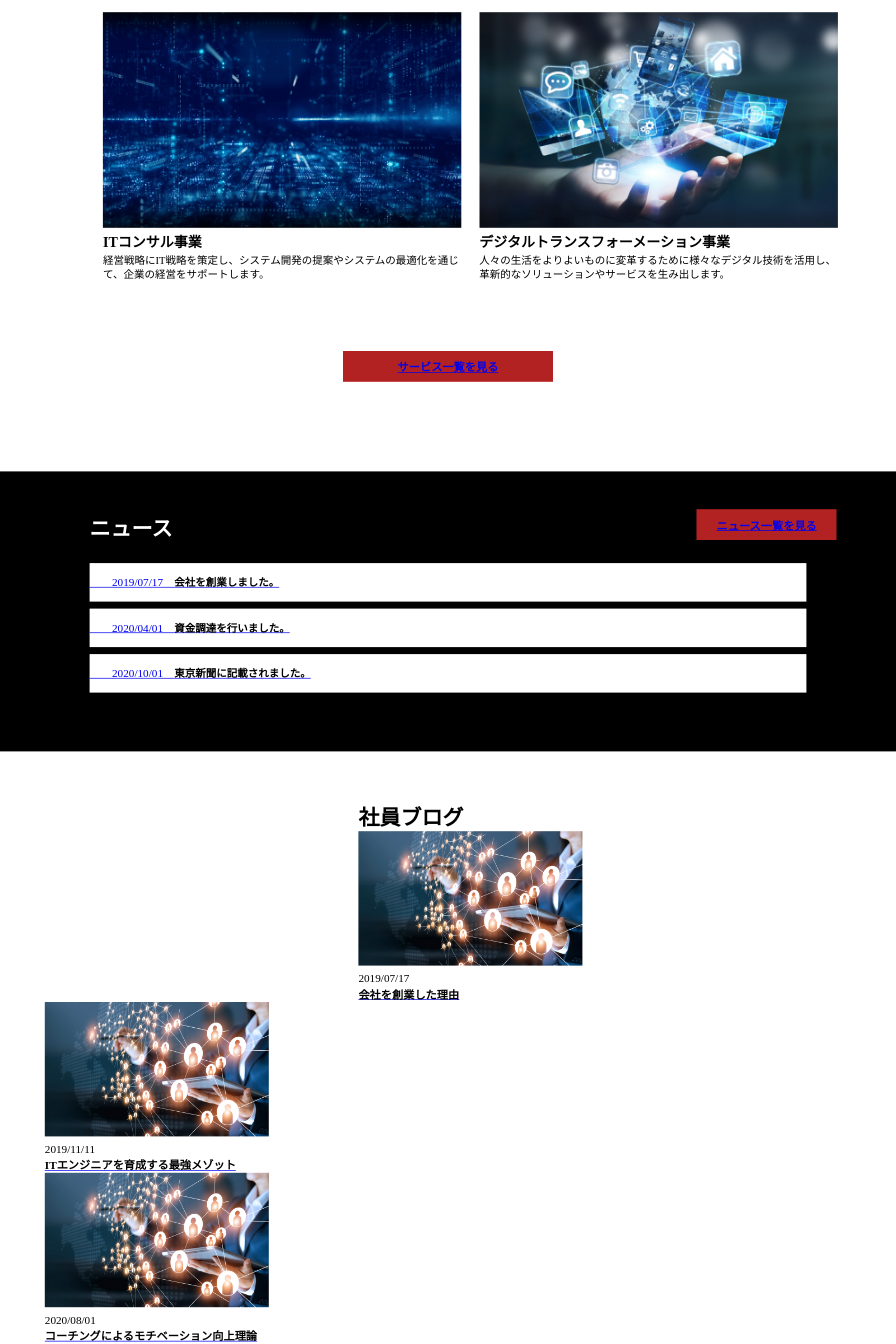
Repository: sigemasaasuka/20211012sigemasa
Page: index.html
These files come from the project's save history. The page is drawn as it stood at one moment and after the next save; the edit follows.
The browser window is 1280 px wide. The pictures show the part of the page from y = 1338 to 3258 px (the page is 3258 px tall), at 70% of full size.

Above is the page before, as saved 2021-10-19 17:56:36.

After the next save:
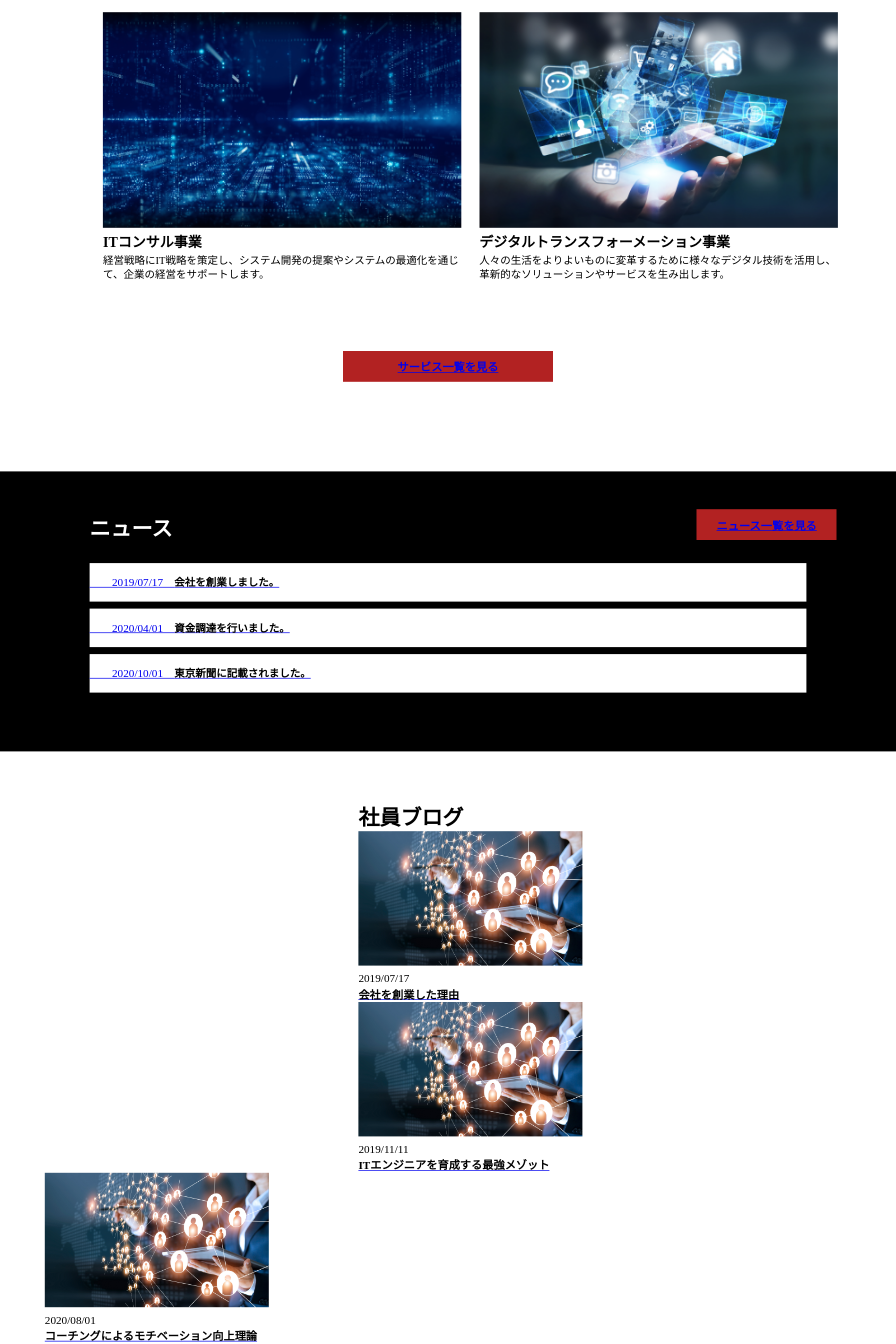
Saved 4 s later.
--- a/css/index.css
+++ b/css/index.css
@@ -291,7 +291,8 @@
 }
 
 .nurturing{
-
+   display: flex;
+  justify-content: center;
 }
 .nurturing-png {
   width: 25%;
